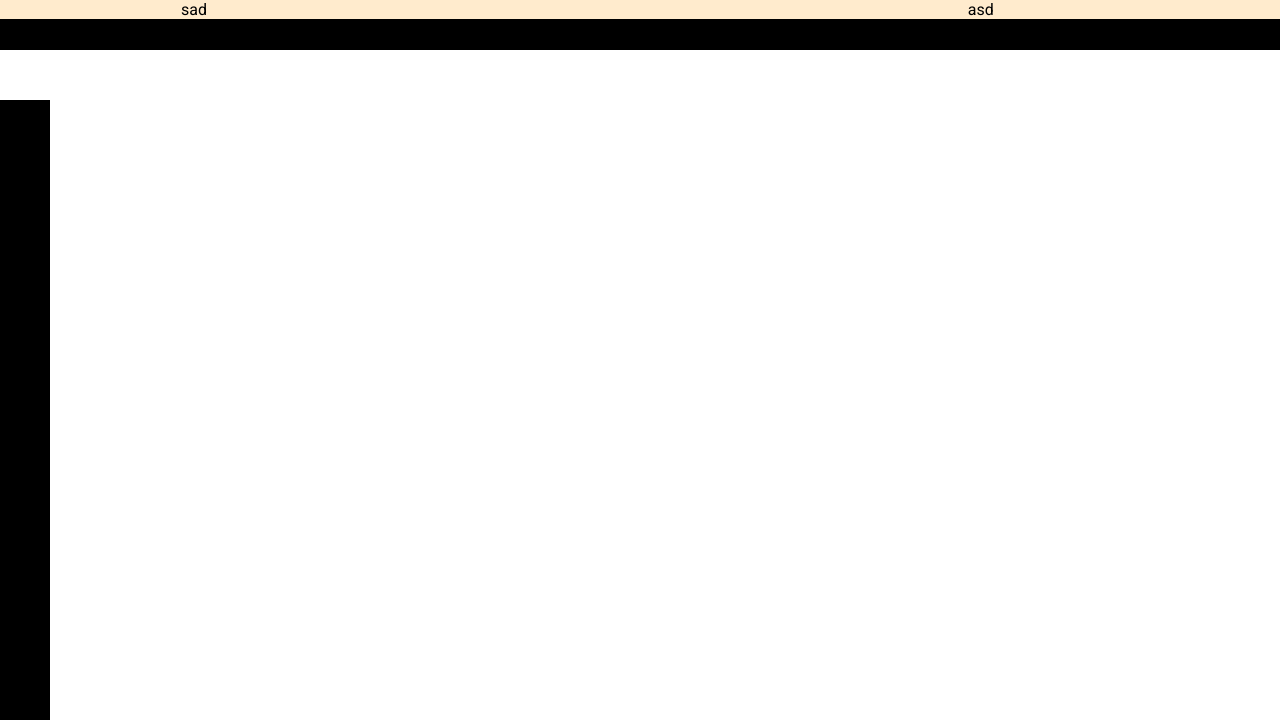
Repository: JulyK9/Movie-Website
Page: index.html
The author's editor kept a copy of each file at every save. The page is drawn from the files as they stood at one save, then again after the next save.
The browser window is 1280 px wide. The pictures show the whole page.

Above is the page before, as saved 2022-07-03 00:26:14.

After the next save:
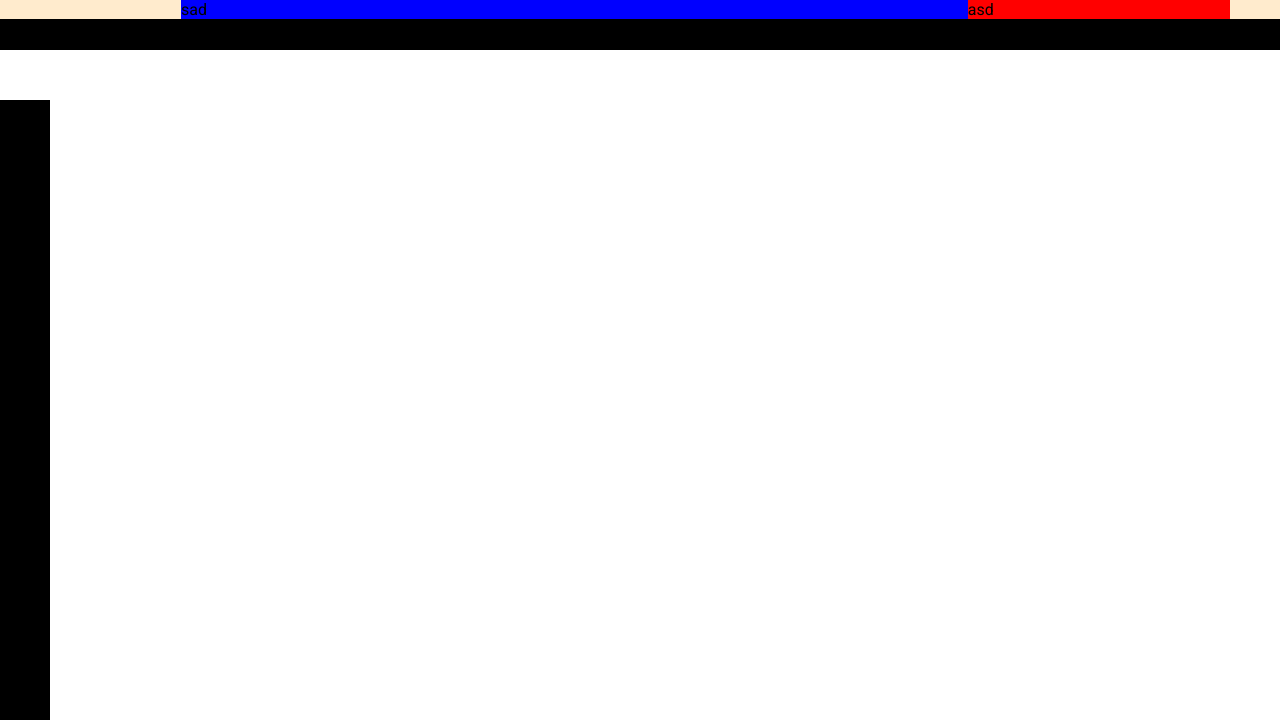
Saved 33 s later.
--- a/style.css
+++ b/style.css
@@ -24,14 +24,17 @@ body {
 
 .logo-container {
     flex: 1;
+    background-color: green;
 }
 
 .menu-container {
     flex: 6;
+    background-color: blue;
 }
 
 .profile-container {
     flex: 2;
+    background-color: red;
 }
 
 .sidebar {
